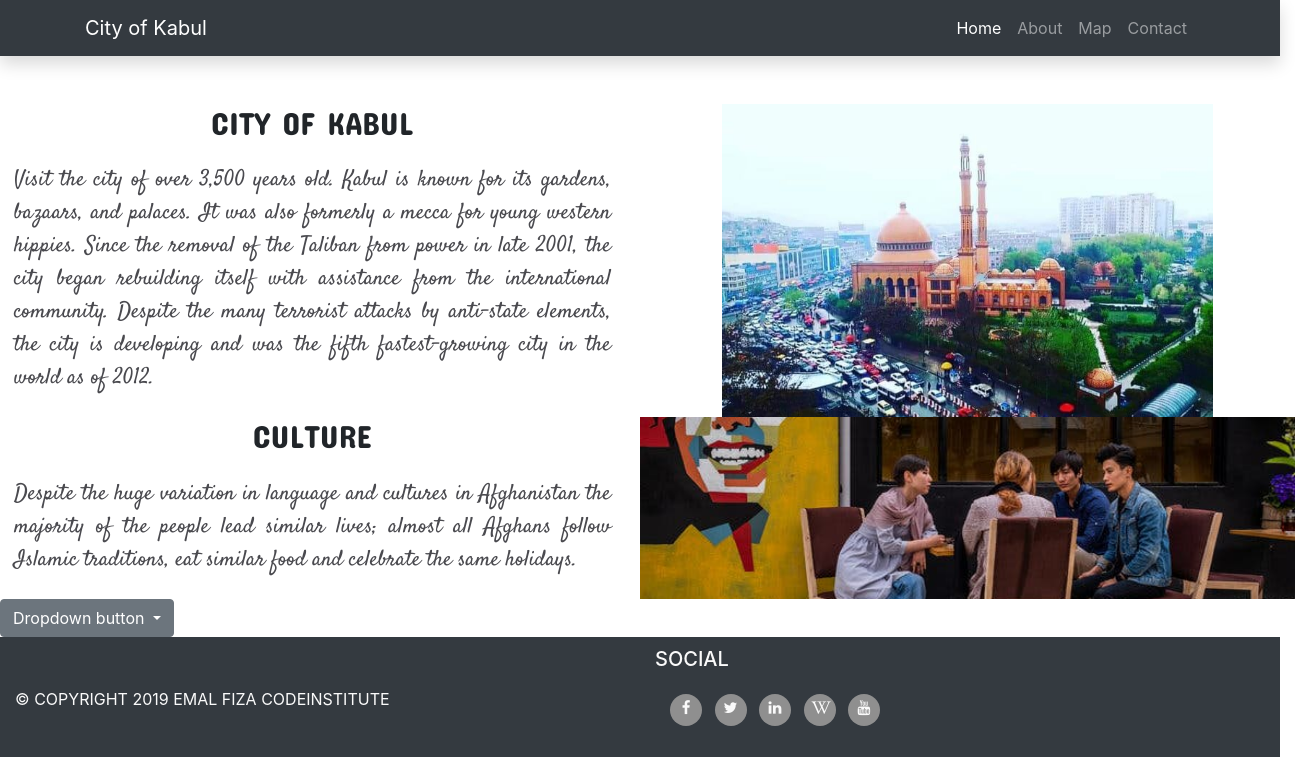
Repository: emalfiza/project-kabul
Page: about.html
The author's editor kept a record of every edit. The page is drawn from the files as they stood at one moment, then again after the next edit.
The browser window is 1280 px wide. The page is 1295 px wide, so the pictures cover 1295 px, including what lies to the right of the window. The pictures show the whole page.

Above is the page before.

After the next edit:
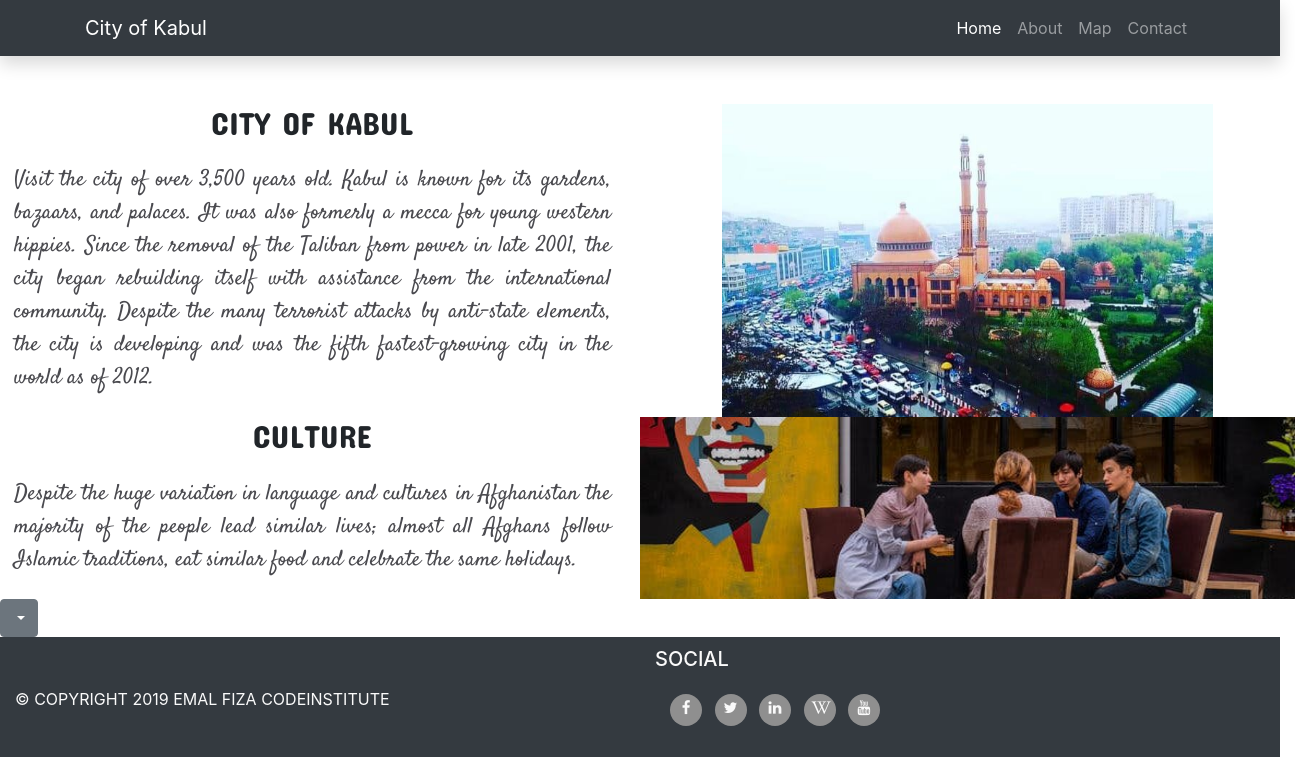
The edit:
--- a/about.html
+++ b/about.html
@@ -52,11 +52,8 @@
       <div class="col-sm-6">
         <h2 class="section-heading uppercase">City of Kabul</h2>
         <p class="section-paragraph">
-          Visit the city of over 3,500 years old. Kabul is known for its gardens, bazaars, and palaces.
-          It was also formerly a mecca for young western hippies. Since the removal of the Taliban from power in late 2001,
-          the city began rebuilding itself with assistance from the international community.
-          Despite the many terrorist attacks by anti-state elements, the city is developing and was
-          the fifth fastest-growing city in the world as of 2012.
+          Visit the city of over 3,500 years old. Kabul is known for its gardens, bazaars, and palaces. It was also formerly a mecca for young western hippies. Since the removal of the Taliban from power in late 2001, the city began rebuilding itself with assistance
+          from the international community. Despite the many terrorist attacks by anti-state elements, the city is developing and was the fifth fastest-growing city in the world as of 2012.
         </p>
       </div>
       <div class="col-sm-6 image-kb">
@@ -69,8 +66,7 @@
       <div class="col-sm-6">
         <h2 class="section-heading uppercase">Culture</h2>
         <p class="section-paragraph">
-          Despite the huge variation in language and cultures in Afghanistan the majority of the people
-          lead similar lives; almost all Afghans follow Islamic traditions, eat similar food and celebrate the same holidays.
+          Despite the huge variation in language and cultures in Afghanistan the majority of the people lead similar lives; almost all Afghans follow Islamic traditions, eat similar food and celebrate the same holidays.
         </p>
       </div>
       <div class="col-sm-6 image-kb-culture">
@@ -80,15 +76,15 @@
   <section>
 
     <div class="dropdown">
-  <button class="btn btn-secondary dropdown-toggle" type="button" id="dropdownMenuButton" data-toggle="dropdown" aria-haspopup="true" aria-expanded="false">
-    Dropdown button
-  </button>
-  <div class="dropdown-menu" aria-labelledby="dropdownMenuButton">
-    <a class="dropdown-item" href="#">Action</a>
-    <a class="dropdown-item" href="#">Another action</a>
-    <a class="dropdown-item" href="#">Something else here</a>
-  </div>
-  </div>
+      <button class="btn btn-secondary dropdown-toggle" type="button" id="dropdownMenuButton" data-toggle="dropdown" aria-haspopup="true" aria-expanded="false">
+      </button>
+      <div class="dropdown-menu" aria-labelledby="dropdownMenuButton">
+        <ul>
+        <a class="dropdown-item" href="#">Action</a>
+        <a class="dropdown-item" href="#">Another action</a>
+        <a class="dropdown-item" href="#">Something else here</a>
+      </div>
+    </div>
 
   </section>
 
